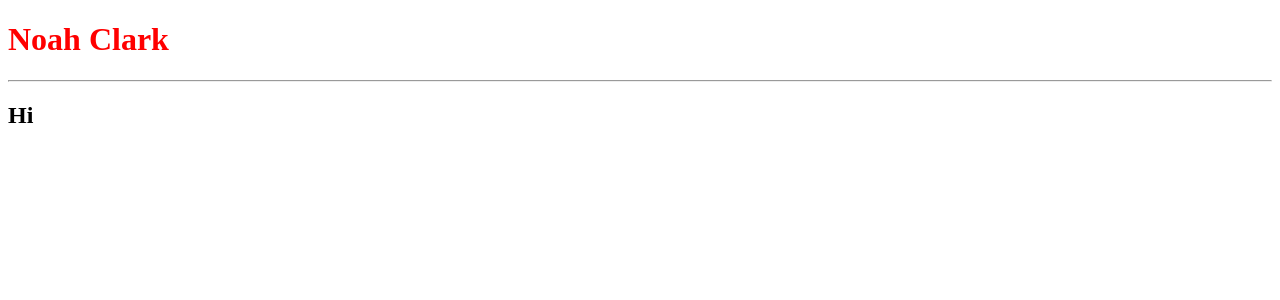
Repository: Artlepop/Artlepop.github.io
Page: index.html
The author's editor kept a record of every edit. The page is drawn from the files as they stood at one moment, then again after the next edit.
The browser window is 1280 px wide. The pictures show the whole page.

Above is the page before.

After the next edit:
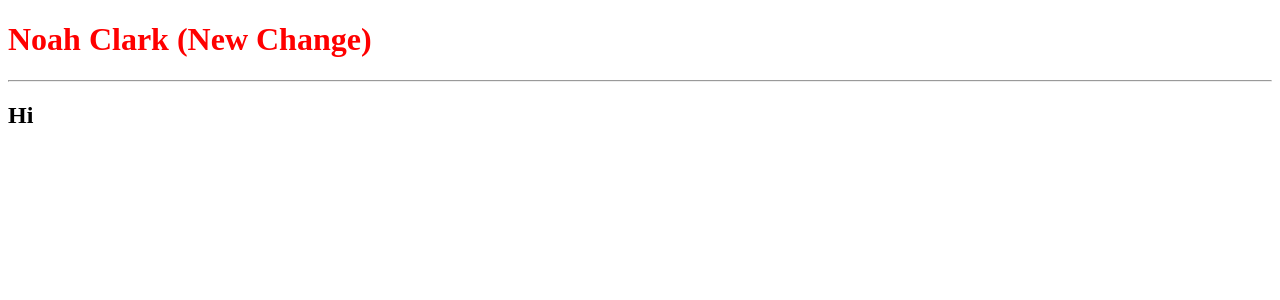
The edit:
--- a/index.html
+++ b/index.html
@@ -6,7 +6,7 @@
 
     <body>
         <h1 style = "color: Red;">
-            Noah Clark
+            Noah Clark (New Change)
         </h1>
         <hr>
         <h2>
